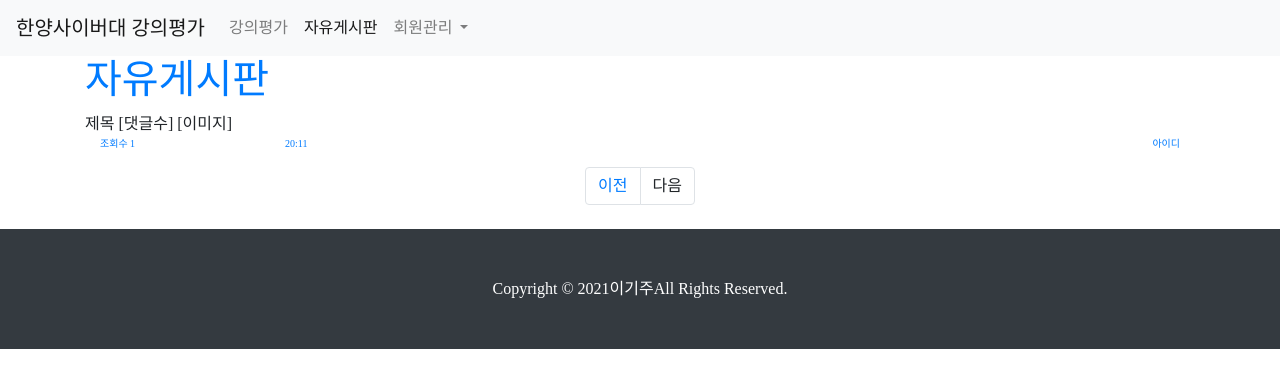
Repository: lkjjjang/hycu
Page: http://localhost/hycujjang/mobile.jsp
These files come from the project's save history. The page is drawn as it stood at one moment and after the next save; the edit follows.
The browser window is 1280 px wide. The pictures show the whole page.
Some web fonts or font styles are not loaded; a fallback is used. The page is served by Tomcat 9. Nobody is signed in. The application's start-up code is not run. The template is opened directly, without the code that normally fills it, so the values that code supplies are empty.

Above is the page before, as saved 2022-01-02 08:49:00.

After the next save:
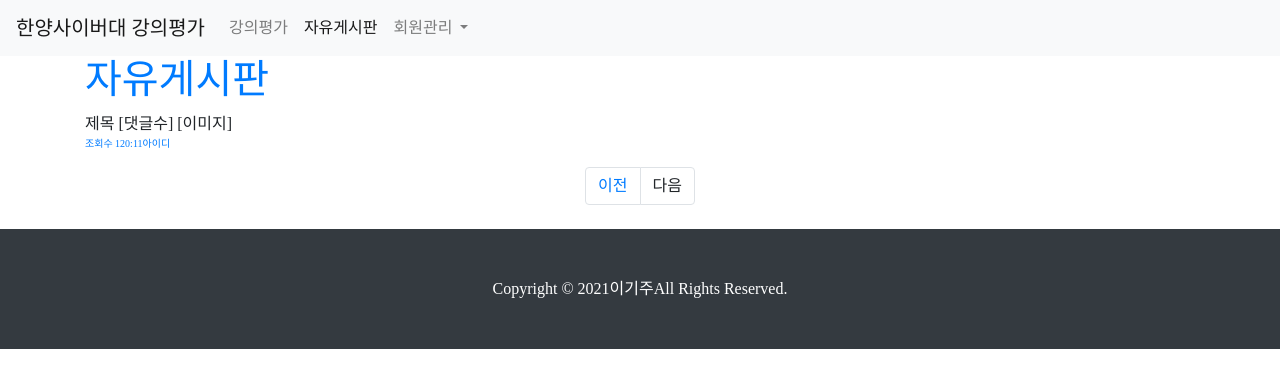
Saved 49 s later.
--- a/hycujjang/WebContent/mobile.jsp
+++ b/hycujjang/WebContent/mobile.jsp
@@ -57,13 +57,13 @@
 	  			</div>
   			</div>
   			<div class="row">
-  				<div class='text-primary col-sm-2' style="font-size: 10px;">
+  				<div class='text-primary' style="font-size: 10px;">
 	  				조회수 1
 	  			</div>
-	  			<div class='text-primary col-sm-2' style="font-size: 10px;">
+	  			<div class='text-primary' style="font-size: 10px;">
 	  				20:11
 	  			</div>
-	  			<div class='text-primary col-sm-8' style="font-size: 10px; text-align: right">
+	  			<div class='text-primary' style="font-size: 10px; text-align: right">
 	  				아이디
 	  			</div>
   			</div>
